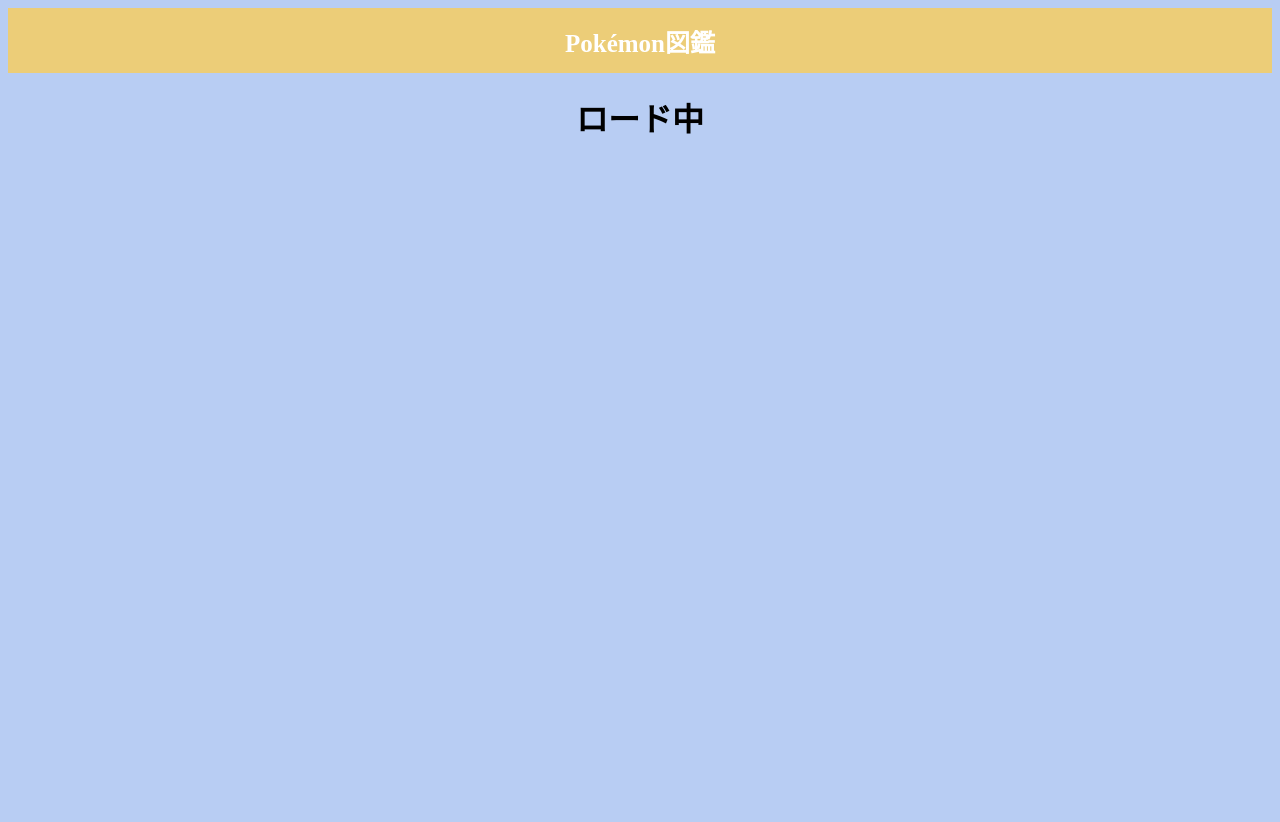
Repository: kusabi-19/pokemon
Page: /
The author's editor kept a copy of each file at every save. The page is drawn from the files as they stood at one save, then again after the next save.
The browser window is 1280 px wide. The pictures show the whole page.
The page's requests for data from a server got no answer. The project was rebuilt for these pictures with package versions that can differ from the ones it lists, and the page was loaded fresh each time. No one was signed in, and anything a server would have sent is missing. Also part of the build but not shown: src/components/Card/Card.css, src/components/Card/Card.js.

Above is the page before, as saved 2025-05-12 11:10:21.

### src/index.css
body {
  background-color: #b8cdf3;
}

### src/App.js
import { useEffect, useState } from 'react';
import './App.css';
import { getAllPokemon , getPokemon} from './utils/Pokemon';
import Card from './components/Card/Card';
import Navbar from './components/Navbar/Navbar';
function App() {
  const initialURL ="https://pokeapi.co/api/v2/pokemon";
  const [loading, setLoading] = useState(true);
  const [pokemonData , setPokemonData] = useState([]);
  useEffect(() => {
    const fetchPokemonData = async () => {
      //すべてのPokémon
      let res = await getAllPokemon(initialURL);
      //各ポケモンの詳細なデータを取得
      loadPokemon(res.results)
      // console.log(res.results)
      setLoading(false);
    };

    fetchPokemonData();
  },[])

  const loadPokemon = async (data) =>{ //asyncを書かないと　setPokemonData() に「未解決のPromise」を渡すことになる
    let _pokemonData = await Promise.all( //配列の中身すべての取得が終わるまで待つ
      data.map((pokemon) =>{
        let pokemonRecord = getPokemon(pokemon.url)
        return pokemonRecord;
      })
    );
    setPokemonData(_pokemonData);
  };

  console.log(pokemonData)
  return (
    <>
      <Navbar />
      <div className="App">
        {loading ? (
          <h1>ロード中</h1>
        ):(
          <>
            <div className='pokemonCardContainer'>
              {pokemonData.map((pokemon , i) => {
                return <Card key={i} pokemon={pokemon} />
              })}
            </div>
          </>
        )
      }
      </div>
    </>

  );
}

export default App;

### src/App.css
.App{
  text-align: center;
  width: 100%;
  height: 100vh;
}

.pokemonCardContainer{
  display: grid;
  grid-template-columns: 1fr 1fr 1fr;
  place-items: center;
  gap: 20px;
  margin-top: 20px;
}

### src/utils/Pokemon.js
export const getAllPokemon = (url) =>{
  return new Promise((resolve , reject) => {
    fetch(url)//APIのエンドポイントにHTTPリクエストを送信
      .then((res) => res.json())// 返ってきたレスポンスを JSON 形式に変換
      .then((data) => resolve(data));
  });
}

export const getPokemon = (url) =>{
  return new Promise ((resolve , reject) => {
    fetch(url)
      .then((res) => res.json())
      .then((data) => {
        resolve(data)
      });
  });
}

### src/components/Navbar/Navbar.js
import React from 'react'
import './Navbar.css'

const Navbar = () => {
  return (
    <nav>Pokémon図鑑</nav>
  )
}

export default Navbar

### src/components/Navbar/Navbar.css
nav{
  background-color: #eccd78;
  color: #ffffff;
  height: 65px;
  font-weight: 600;
  font-size: 25px;
  display: flex;
  justify-content: center;
  align-items: center;
}

Loaded but not shown: public/index.html (common file); src/index.js (common file)

After the next save:
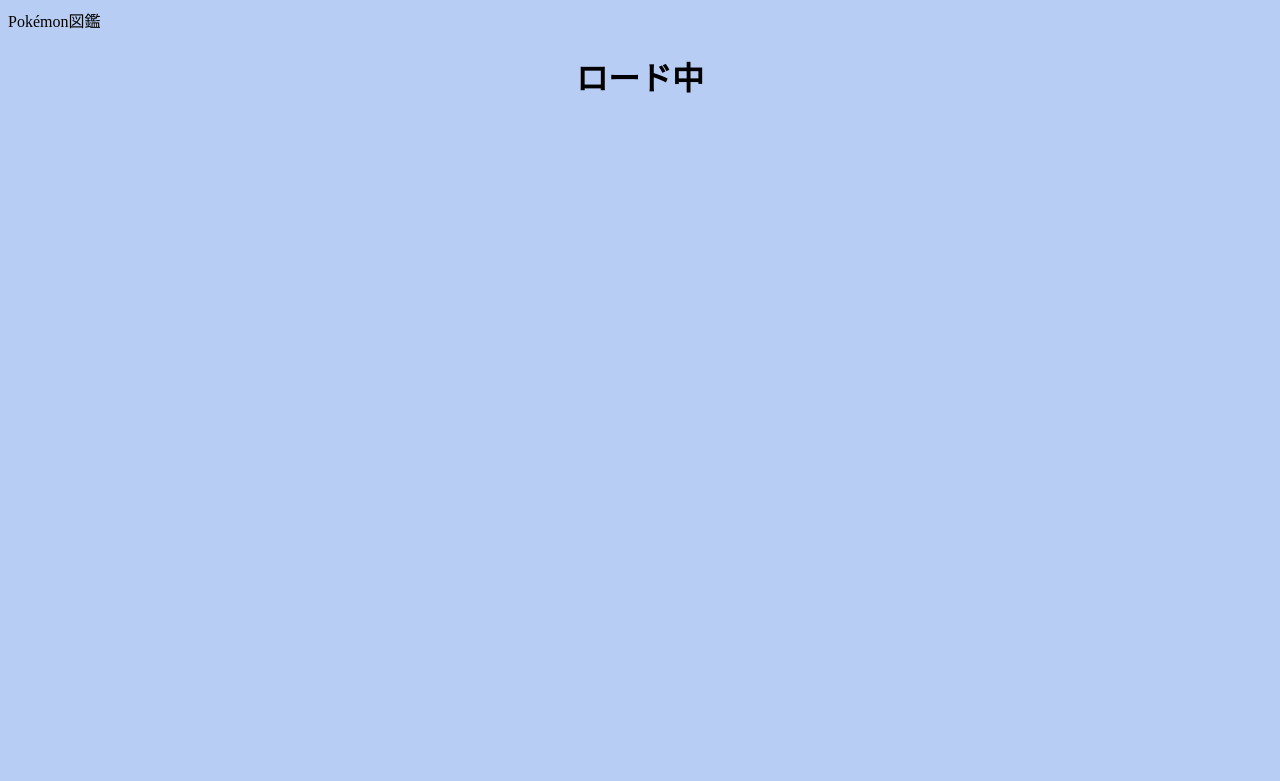
Saved 18 s later.
--- a/src/components/Navbar/Navbar.js
+++ b/src/components/Navbar/Navbar.js
@@ -3,7 +3,7 @@
 
 const Navbar = () => {
   return (
-    <nav>Pokémon図鑑</nav>
+    <header>Pokémon図鑑</header>
   )
 }
 

After the save that followed:
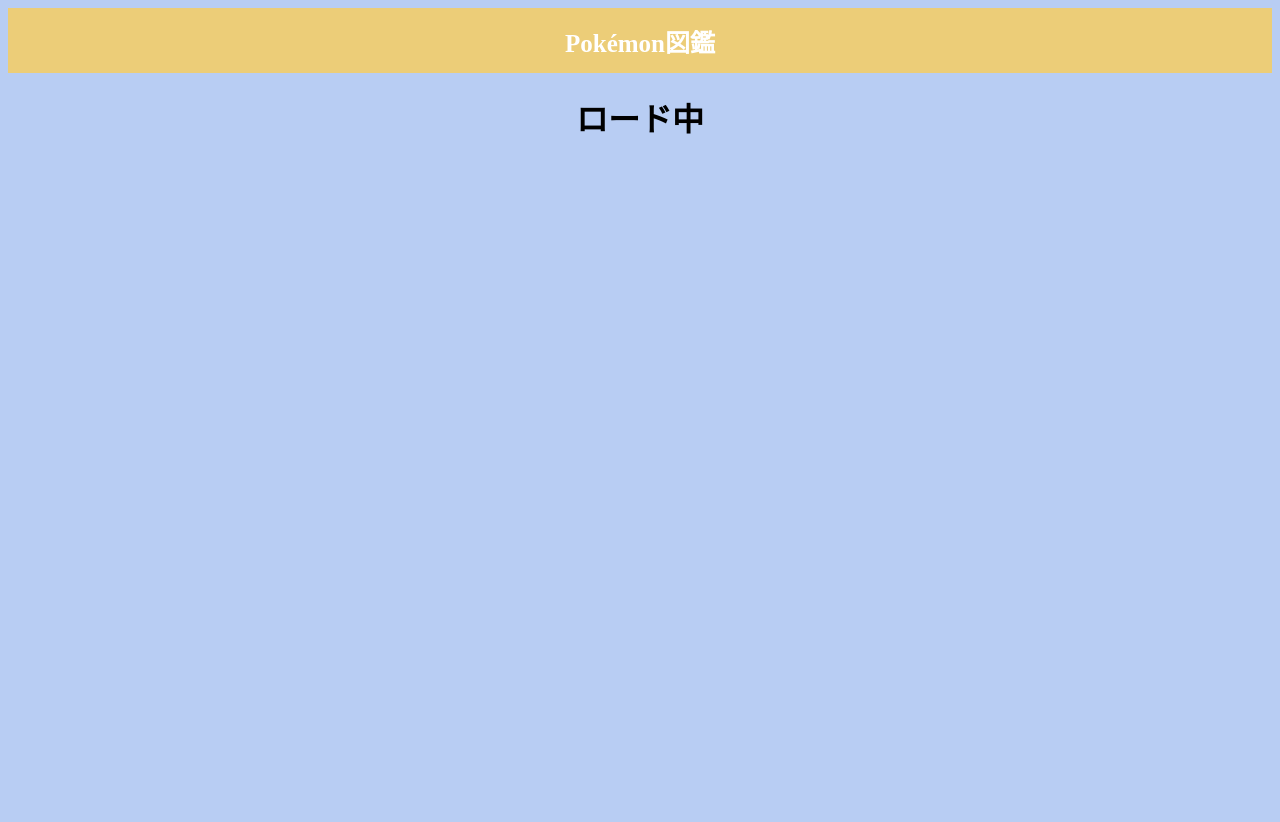
Saved 1 s later.
--- a/src/components/Navbar/Navbar.css
+++ b/src/components/Navbar/Navbar.css
@@ -1,4 +1,4 @@
-nav{
+header{
   background-color: #eccd78;
   color: #ffffff;
   height: 65px;
